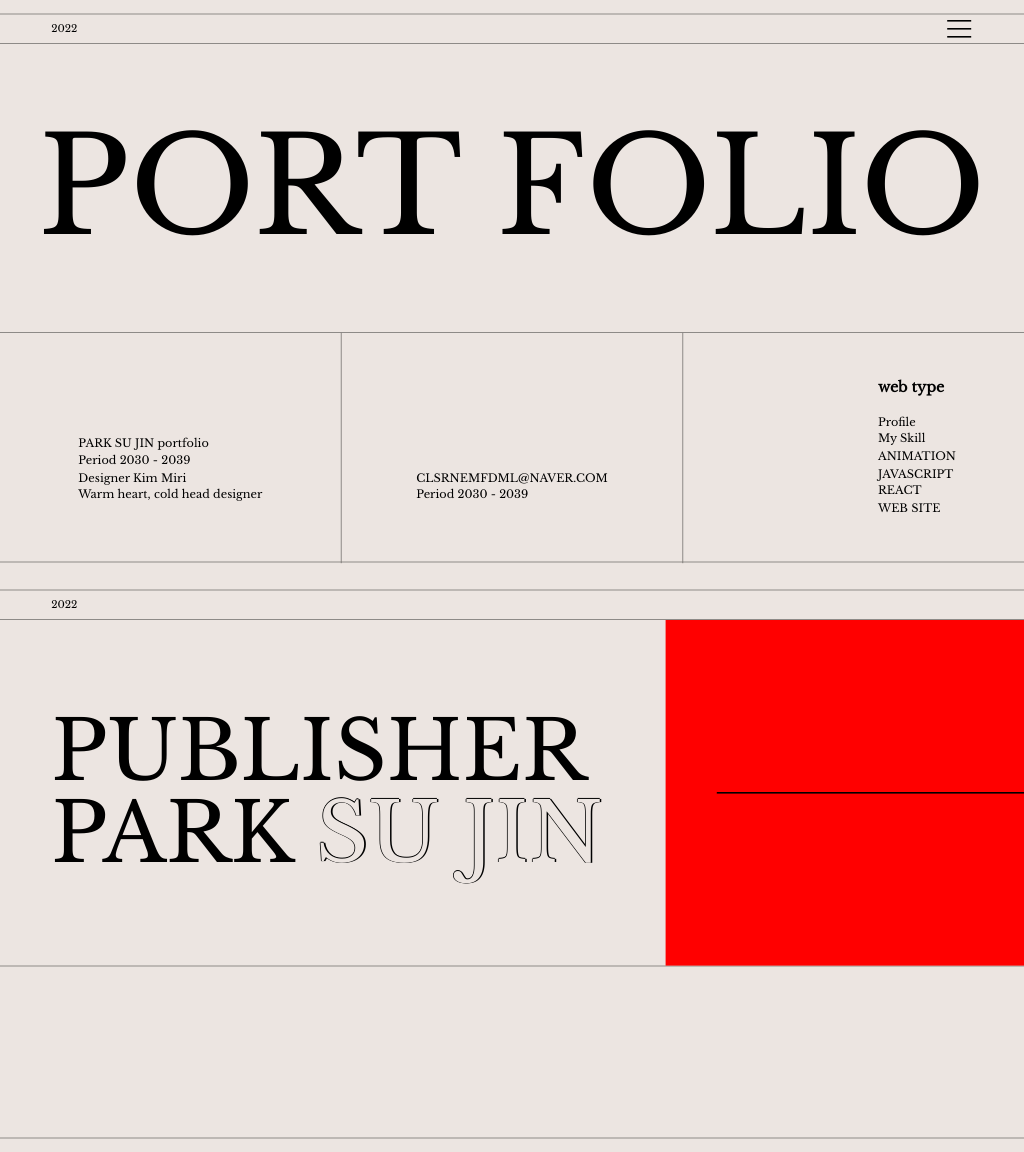
Repository: clsrnemfdml/portfolio_parksj_versiton1
Page: index.html
An editor plug-in stored every save of this project. The page is shown before and after the next save, followed by the edit.
The browser window is 1280 px wide. The pictures show the whole page, at 80% of full size.

Above is the page before, as saved 2021-09-15 08:01:31.

### index.html
<!DOCTYPE html>
<html lang="en">
<head>
    <meta charset="UTF-8">
    <meta http-equiv="X-UA-Compatible" content="IE=edge">
    <meta name="viewport" content="width=device-width, initial-scale=1.0">
    <title>parkjs portfolio</title>
    <meta name="descripsion" content="박수진의 포트폴리오 입니다.">
    <link rel="stylesheet" href="css/reset.css">
    <link rel="stylesheet" href="css/index.css">
    <style> @import url('https://fonts.googleapis.com/css2?family=Libre+Baskerville&display=swap');</style>
    <script src="js/index.js"></script>

</head>
<body>
    <div class="clickMenu">
        <div class="wrap_portFolio">
            <ul>
                <li>1. MY SKILL</li>
                <li>2. ANIMATION</li>
                <li>3. JAVASCRIPT</li>
                <li>4. REACT</li>
                <li>5. WEB SITE</li>
            </ul>
        </div>
    </div>
    <div id="wrap">
        <section id="section1">
            <div class="wrap_portFolio">
                <div class="menu">
                    <p>2022</p>
                    <span>
                    </span>
                </div>
                <div class="content">
                    <h6>PORT FOLIO</h6>
                </div>
                <div class="content_bottom">
                    <div class="rsum1">
                        <p>PARK SU JIN portfolio<br>
                        Period  2030 - 2039<br>
                        Designer   Kim Miri<br>
                        Warm heart, cold head designer</p>
                    </div>
                    <div class="rsum2">
                        <p>CLSRNEMFDML@NAVER.COM<br>
                        Period  2030 - 2039</p>
                    </div>
                    <div class="rsum3">
                        <ul>
                            <li class="fitst_write">web type</li>
                            <li>Profile</li>
                            <li>My Skill</li>
                            <li>ANIMATION</li>
                            <li>JAVASCRIPT</li>
                            <li>REACT</li>
                            <li>WEB SITE</li>
                        </ul>
                    </div>
                </div>
            </div>
        </section>
        <section id="section2">
            <div class="wrap_portFolio">
                <div class="menu">
                    <p>2022</p>
                    <span>
                    </span>
                </div>
                <div class="content">
                    <div>
                        <p>PUBLISHER<br>
                            PARK <span class="suji">SU JIN</span></p>
                        </p>
                    </div>
                    <div class="suImg">
                        <img src="" alt="">
                    </div>
                </div>
            </div>
        </section>
    </div>



</body>
</html>

### css/index.css


#wrap{width: 100%; height: auto;}



/* menu */
/* .clickMenu{height: 100vh; width: 100%; background: #ECE5E1;
    font-family: 'Libre Baskerville', serif; position: absolute;
z-index: 99999;} */

.clickMenu .wrap_portFolio{
    width: 100%;
    height: 95vh;
    position: absolute;
    top: 50%;
    transform: translateY(-50%);
    border-bottom: 1px solid #767371;
    border-top: 1px solid #767371;
}

.clickMenu .wrap_portFolio ul{width: 100%; height: 100%;}
.clickMenu .wrap_portFolio ul li{height: calc(100%/5); width: 100%; border-bottom: 1px solid #767371;
    font-size: 6vw;
    text-align: center;
    display: flex;
    align-items: center;
    justify-content: center;
}
.clickMenu .wrap_portFolio ul li:nth-child(2n){
   color: #ECE5E1;
   text-shadow: -1px 0 #000000, 0 1px #000000, 2px 0 #000000, 0 -1px #000000;
}
.clickMenu .wrap_portFolio ul li:last-child{height: calc(100%/5); width: 100%; border-bottom: 0}



/*section1 */
#wrap #section1{height: 100vh; width: 100%; background: #ECE5E1;
    font-family: 'Libre Baskerville', serif; position: relative;}

#wrap #section1 .wrap_portFolio{
    width: 100%;
    height: 95vh;
    position: absolute;
    top: 50%;
    transform: translateY(-50%);
    border-bottom: 1px solid #767371;
    border-top: 1px solid #767371;
}

#wrap #section1 .menu{
    width: 100%;
    height: 5vh;
    border-bottom: 1px solid #767371;
    position: relative;
    font-size: 1vw;

}
#wrap #section1 .menu p{
    padding-left: 5%;
    position: absolute;
    top: 50%;
    transform: translateY(-50%);
}
#wrap #section1 .menu span{
    display: block;
    position: absolute;
    right: 4%;
    top: 50%;
    transform: translate(-50%, -50%);
    width: 30px;
    height: 2px;
    background: rgb(0, 0, 0);
    float: right;
}
    #wrap #section1 .menu span::before{
    content: '';
    width: 30px;
    height: 2px;
    background: rgb(0, 0, 0);
    position: absolute;
    left: 0;
    bottom: 10px;
    transform: rotate(0deg);
    transition-duration: .3s;
}
    #wrap #section1 .menu span::after{
        content: '';
        width: 30px;
        height: 2px;
        background: rgb(0, 0, 0);
        position: absolute;
        left: 0;
        top: 10px;
        transform: rotate(0deg);
        transition-duration: .3s;
    }

    #wrap #section1 .content{
        height: 50vh;
        position: relative;
        width: 100%;
        font-size: 13vw;
        text-align: center;
        border-bottom: 1px solid #767371;


    }
    #wrap #section1 .content h6{
        position: absolute;
        width: 100%;
        top: 50%;
        left: 50%;
        transform: translate(-50% , -50%);
        font-weight: 300;
    }

    #wrap #section1 .content_bottom{
        width: 100%;
        height: 40vh;
        position: absolute;
        display: flex;
    }


    #wrap #section1 .content_bottom > div{
        width: 33.333%;
        height: auto;
        font-size: 1.1vw;





    }
    #wrap #section1 .content_bottom > div p{
        padding-bottom: 10px;
    }

    #wrap #section1 .content_bottom .rsum1{
        border-right: 1px solid #767371;
        display: flex;
        justify-content: center;
        align-items: flex-end;
        line-height: 3vh;
        padding-bottom: 5%;


    }
    #wrap #section1 .content_bottom .rsum2{
        border-right: 1px solid #767371;
        display: flex;
        justify-content: center;
        align-items: flex-end;
        line-height: 3vh;
        padding-bottom: 5%;
    }

    #wrap #section1 .content_bottom .rsum3{
        display: flex;
        justify-content: end;
        align-items: center;
        line-height: 3vh;
    }
    #wrap #section1 .content_bottom .rsum3 ul{
        padding: 0 20%;
    }

    #wrap #section1 .content_bottom .rsum3 .fitst_write{
        font-weight: bold;
        font-size: 1.4vw;
        padding-bottom: 3vh;
    }


    /*section1 */
    #wrap #section2{height: 100vh; width: 100%; background: #ECE5E1;
    font-family: 'Libre Baskerville', serif; position: relative;}

    #wrap #section2 .wrap_portFolio{
        width: 100%;
        height: 95vh;
        position: absolute;
        top: 50%;
        transform: translateY(-50%);
        border-bottom: 1px solid #767371;
        border-top: 1px solid #767371;
    }

    #wrap #section2 .menu{
        width: 100%;
        height: 5vh;
        border-bottom: 1px solid #767371;
        position: relative;
        font-size: 1vw;

    }

    #wrap #section2 .menu p{
        padding-left: 5%;
        position: absolute;
        top: 50%;
        transform: translateY(-50%);
    }

    #wrap #section2 .content{
        display: flex;
        border-bottom: 1px solid #767371;
    }
    #wrap #section2 .content div{
        height: 60vh;
        position: relative;
        width: 70vw;
        font-size: 8vw;
        display: flex;
        align-items: center;
        justify-content: flex-start;
        padding-left: 5%;


    }

    #wrap #section2 .content div p .suji{
        color: #ECE5E1;
        text-shadow: -1px 0 #000000, 0 1px #000000, 2px 0 #000000, 0 -1px #000000;
    }

    #wrap #section2 .content .suImg{
        width: 30vw;
        background: red;
    }
    #wrap #section2 .content .suImg img{
        border: 1px solid black;
        width: 500px;
        height: auto;

    }

Loaded but not shown: css/reset.css (common file); js/index.js (no stored copy; drawn as an empty file)

After the next save:
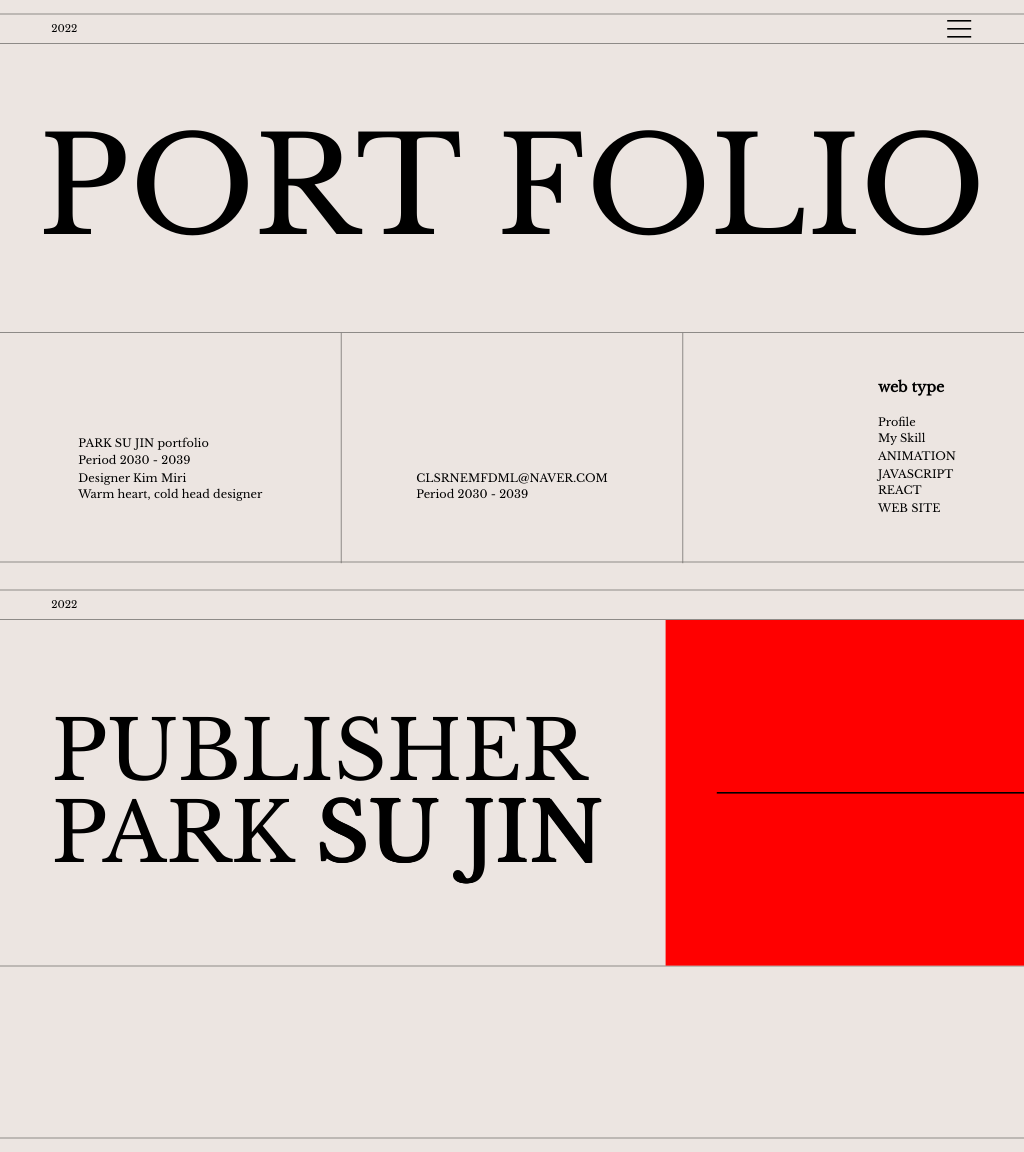
Saved 39 s later.
--- a/css/index.css
+++ b/css/index.css
@@ -222,7 +222,6 @@
     }
 
     #wrap #section2 .content div p .suji{
-        color: #ECE5E1;
         text-shadow: -1px 0 #000000, 0 1px #000000, 2px 0 #000000, 0 -1px #000000;
     }
 

After the save that followed:
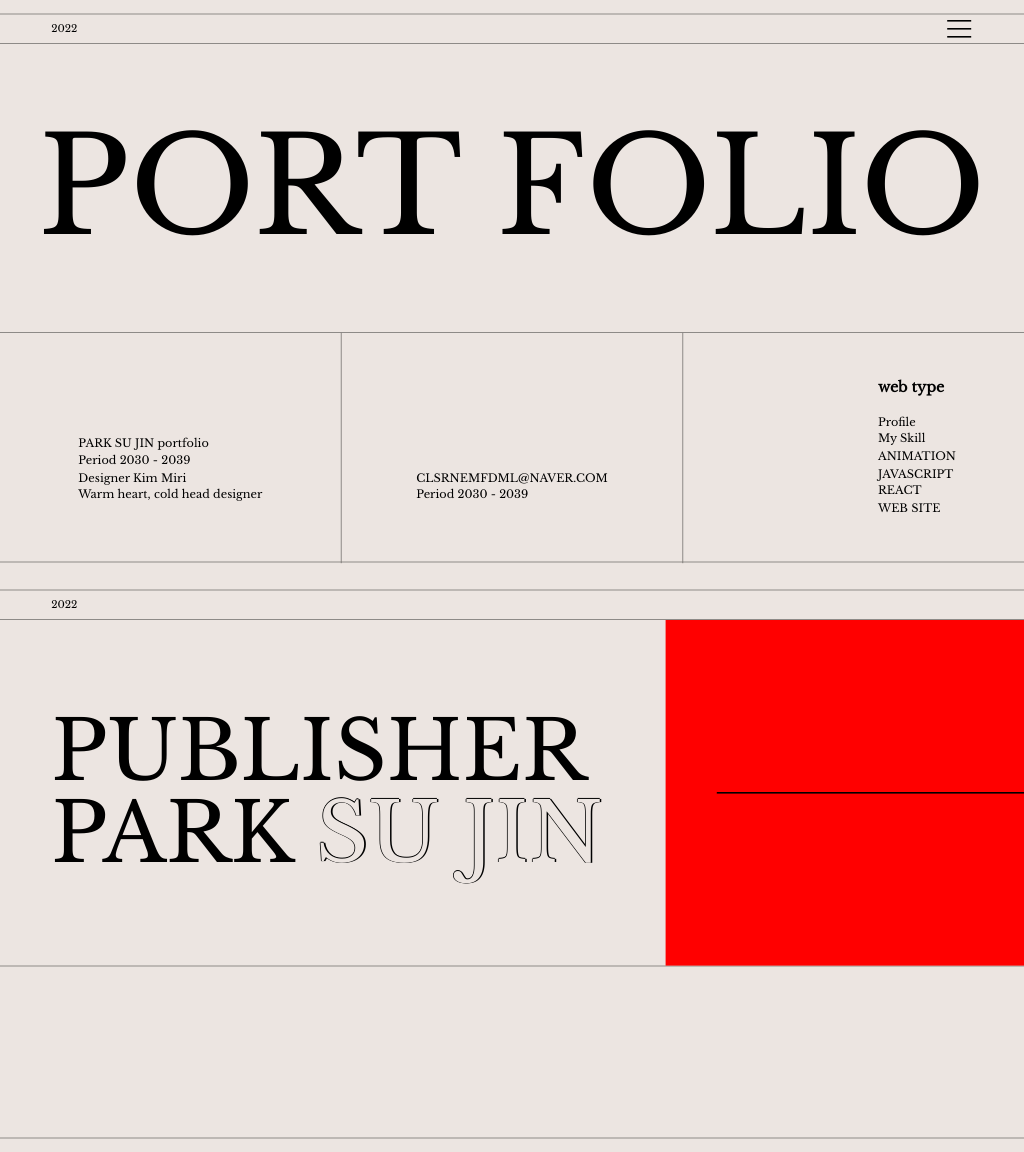
Saved 4 s later.
--- a/css/index.css
+++ b/css/index.css
@@ -222,6 +222,7 @@
     }
 
     #wrap #section2 .content div p .suji{
+        color: #ECE5E1;
         text-shadow: -1px 0 #000000, 0 1px #000000, 2px 0 #000000, 0 -1px #000000;
     }
 
